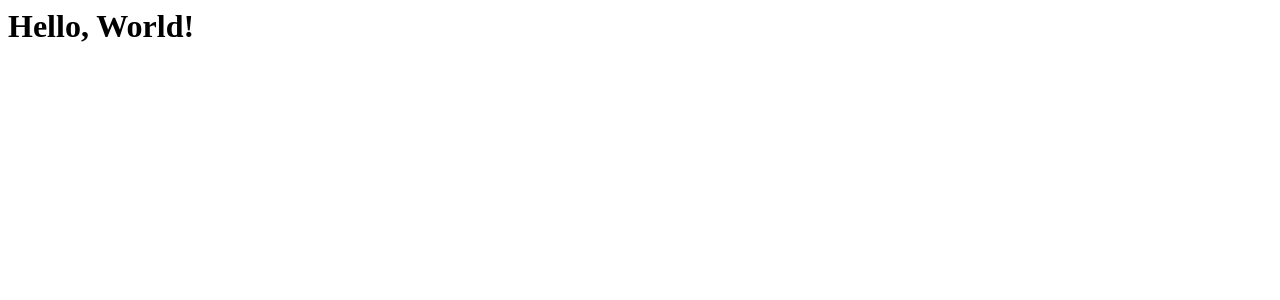
Repository: StevenTey/100-Days-of-Code-The-Complete-Python-Pro-Bootcamp-for-2023
Page: http://localhost/
The author's editor kept a copy of each file at every save. The page is drawn from the files as they stood at one save, then again after the next save.
The browser window is 1280 px wide. The pictures show the whole page.
The page is served by the project's application, run on Flask 3 (day055/main.py).

Above is the page before, as saved 2024-01-06 21:46:13.

After the next save:
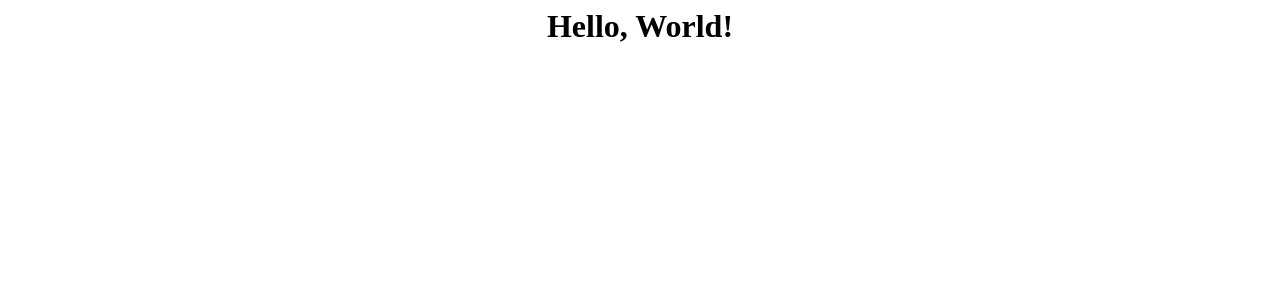
Saved 2 min 23 s later.
--- a/day055/main.py
+++ b/day055/main.py
@@ -3,7 +3,7 @@ app = Flask(__name__)
 
 @app.route('/')
 def hello_world():
-    return '<h1> Hello, World!</h1>'
+    return '<h1 style="text-align: center" > Hello, World!</h1>'
 
 @app.route('/bye')
 def hello():
